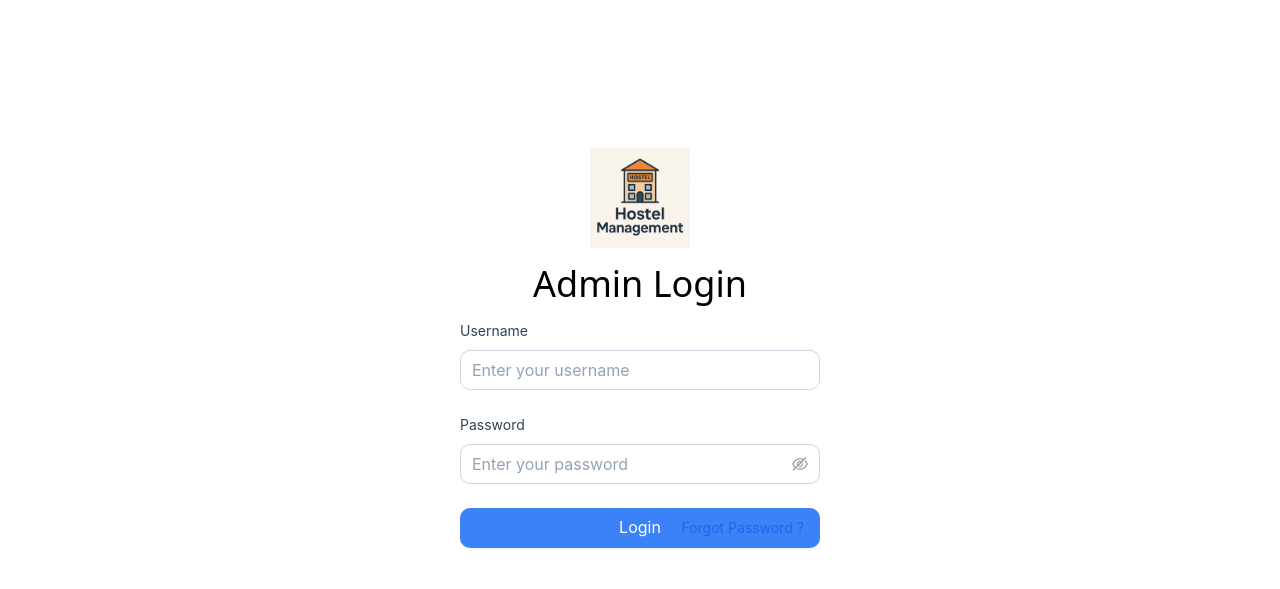
Repository: sujal984/Hostel-Management-System
Page: /Admin/accepted-applications (app in frontend/)
An editor plug-in stored every save of this project. The page is shown before and after a run of saves, followed by the edit.
The browser window is 1280 px wide. The pictures show the whole page.
The project was rebuilt for these pictures with package versions that can differ from the ones it lists, and the page was loaded fresh each time. Also part of the build but not shown: frontend/vite.config.js, frontend/src/components/Acceptedapplication.jsx, frontend/src/components/AdminDashboard.jsx, frontend/src/components/StepForms.jsx, frontend/src/components/ApplicationForm.jsx, frontend/src/components/TrackStatus.jsx, frontend/src/components/Temporary.jsx, frontend/src/components/ApplicationDetail.jsx and 2 more.

Above is the page before, as saved 2025-08-02 17:24:39.

### frontend/index.html
<!DOCTYPE html>
<html lang="en">
  <head>
    <meta charset="UTF-8" />
    <link
      rel="icon"
      type="image/svg+xml"
      href="/ChatGPT Image May 22, 2025, 12_02_14 PM.png"
    />
    <meta name="viewport" content="width=device-width, initial-scale=1.0" />
    <title>Hostel Management</title>
  </head>
  <body>
    <div id="root"></div>
    <script type="module" src="/src/main.jsx"></script>
  </body>
</html>

### frontend/src/main.jsx
import { createRoot } from "react-dom/client";
import { FormProvider } from "./components/FormContext.jsx";
import theme from "./theme.json";
import { ConfigProvider } from "antd";
import "./index.css";
import App from "./App.jsx";
import { BrowserRouter } from "react-router-dom";
import "@ant-design/v5-patch-for-react-19";
createRoot(document.getElementById("root")).render(
  <BrowserRouter>
    <ConfigProvider theme={theme}>
      <FormProvider>
        <App />
      </FormProvider>
    </ConfigProvider>
  </BrowserRouter>
);

### frontend/src/components/FormContext.jsx
// src/context/FormContext.jsx
import { createContext, useContext, useState } from "react";

const FormContext = createContext();

export const useFormContext = () => useContext(FormContext);

export const FormProvider = ({ children }) => {
  const [formData, setFormData] = useState({});
  const resetForm = () => setFormData({});

  return (
    <FormContext.Provider value={{ formData, setFormData, resetForm }}>
      {children}
    </FormContext.Provider>
  );
};

### frontend/src/theme.json
{
  "token": {
    "colorPrimary": "#3b82f6",
    "colorInfo": "#2563eb",
    "colorSuccess": "#22c55e",
    "colorWarning": "#facc15",
    "colorError": "#ef4444",

    "colorTextBase": "#1e293b",
    "colorBgBase": "#f8fafc",
    "colorBgContainer": "#ffffff",

    "fontFamily": "Inter, -apple-system, BlinkMacSystemFont, Segoe UI, Roboto, Helvetica Neue, Arial, sans-serif",
    "fontSize": 14,

    "borderRadius": 8,
    "colorBorder": "#e2e8f0",
    "colorTextPlaceholder": "#94a3b8"
  },

  "components": {
    "Button": {
      "controlHeight": 40,
      "colorPrimaryHover": "#2563eb",
      "colorPrimaryActive": "#1d4ed8"
    },
    "Table": {
      "colorBgContainer": "#ffffff",
      "colorBorderSecondary": "#e5e7eb",
      "headerBg": "#f1f5f9",
      "headerColor": "#0f172a"
    },
    "Form": {
      "labelColor": "#334155",
      "colorText": "#1e293b"
    },
    "Input": {
      "controlHeight": 50,
      "paddingInline": 16,
      "paddingBlock": 10,
      "borderRadius": 10,
      "colorBgContainer": "#ffffff",
      "colorBorder": "#cbd5e1",
      "colorText": "#0f172a"
    },
    "Steps": {
      "colorPrimary": "#3b82f6",
      "colorSplit": "#e2e8f0"
    },
    "Result": {
      "titleFontSize": 24,
      "subtitleFontSize": 16,
      "colorText": "#334155"
    },
    "Link": {
      "colorText": "#2563eb",
      "colorTextHover": "#1d4ed8",
      "colorTextActive": "#1e40af"
    },
    "Card": {
      "colorBgContainer": "#ffffff",
      "boxShadow": "0 4px 12px rgba(0, 0, 0, 0.05)",
      "borderRadius": 12,
      "padding": 24,
      "headerFontSize": 18,
      "colorTextHeading": "#0f172a"
    }
  }
}

### frontend/src/index.css
* {
  margin: 0;
  padding: 0;
}
@import "tailwindcss";

### frontend/src/App.jsx
import ProtectedRoute from "./components/ProtectedRoute";

import { WithHelmet } from "./helper/WithHelmet";
import { Routes, Route, Navigate } from "react-router-dom";
import { ROUTES } from "./constant/ROUTE";
import Page404 from "./components/Page404";
// import "./App.css";

function App() {
  const isAdminLoggedIn = localStorage.getItem("admin_logged_in") === "true";

  return (
    <Routes>
      {Object.values(ROUTES).map((route) => {
        const withHelmetComponent = WithHelmet(route.component, route.title);
        const Component = withHelmetComponent;

        // console.log(route.title);

        if (route.path === "/Admin/login") {
          // If logged in and on /Admin/login, redirect manually to dashboard
          if (isAdminLoggedIn) {
            return (
              <Route
                key={route.path}
                path={route.path}
                element={<Navigate to="/Admin/dashboard" replace />}
              />
            );
          } else {
            return (
              <Route
                key={route.path}
                path={route.path}
                element={<Component title={route.title} />}
              />
            );
          }
        }

        if (
          route.path === "/Admin/dashboard" ||
          (route.path.startsWith("/Admin/") && route.path !== "/Admin/login")
        ) {
          return (
            <Route
              key={route.path}
              path={route.path}
              element={
                <ProtectedRoute>
                  <Component title={route.title} />
                </ProtectedRoute>
              }
            />
          );
        }

        return (
          <Route
            key={route.path}
            path={route.path}
            element={<Component title={route.title} />}
          />
        );
      })}

      <Route path="*" element={<Page404 />} />
    </Routes>
  );
}

export default App;

### frontend/src/components/ProtectedRoute.jsx
import { Navigate } from "react-router-dom";

function ProtectedRoute({ children }) {
  const isAdminLoggedIn = localStorage.getItem("admin_logged_in") === "true";

  return isAdminLoggedIn ? children : <Navigate to="/Admin/login" replace />;
}

export default ProtectedRoute;

### frontend/src/helper/WithHelmet.jsx
import { Helmet } from "react-helmet";

// Higher-Order Component with Helmet
export function WithHelmet(Component, title) {
  return function WrappedComponent(props) {
    return (
      <>
        <Helmet>
          <title>{title}</title>
        </Helmet>
        <Component {...props} />
      </>
    );
  };
}

### frontend/src/constant/ROUTE.js
import AcceptedApplication from "../components/Acceptedapplication";
import AdminDashboard from "../components/AdminDashboard";
import AdminLogin from "../components/AdminLogin";
import ApplicationForm from "../components/ApplicationForm";
import TrackStatus from "../components/TrackStatus";
import Temporary from "../components/Temporary";
import ApplicationDetail from "../components/ApplicationDetail";
import ForgotPassword from "../components/ForgotPassword";

export const ROUTES = {
  ApplicationForm: {
    path: "/",
    component: ApplicationForm,
    title: "Application Form",
    heading: "Application Form",
  },
  AdminLogin: {
    path: "/Admin/login",
    component: AdminLogin,
    title: "Admin Login",
    heading: "Admin Login",
    description: "Its a  admin login page",
  },
  ForgotPassword: {
    path: "/Admin/forgot",
    component: ForgotPassword,
    title: "Forgot Password",
  },
  Tracking: {
    path: "/User/Application/status",
    component: TrackStatus,
    title: "Application Tracking",
    heading: "Application Tracking",
  },

  Admin_Dashborad: {
    path: "/Admin/dashboard",
    component: AdminDashboard,
    title: "Admin Dashboard",
    heading: "Admin Dashboard",
  },
  Accepted_Applications: {
    path: "/Admin/accepted-applications",
    component: AcceptedApplication,
    title: "Accepted Applications",
    heading: "Accepted Applications",
  },
  Application_Detail: {
    path: `/Admin/Application/detail/:id`,
    component: ApplicationDetail,
    title: "Application Detail",
    heading: "Application Detail",
  },
  Temporary: {
    path: "/temporary",
    component: Temporary,
    title: "Temporary",
    heading: "Temporary",
  },
};

### frontend/src/components/AdminLogin.jsx
import { Button, Form, Card, Typography, message } from "antd";
import FormItem from "antd/es/form/FormItem";
import Input from "antd/es/input/Input";
import { useState, useEffect } from "react";
import { Result } from "antd";

import { Endpoint } from "../constant/Endpoint";
import axios from "axios";
import { useNavigate } from "react-router-dom";
import { ROUTES } from "../constant/ROUTE";

function AdminLogin() {
  const [showResult, setShowResult] = useState(false);
  const [form] = Form.useForm();
  const navigate = useNavigate();
  useEffect(() => {
    if (localStorage.getItem("admin_logged_in") === "true") {
      navigate("/Admin/dashboard");
    }
  }, [navigate]);
  const handleLogin = async (values) => {
    console.log("run");
    try {
      const response = await axios.post(
        `${import.meta.env.VITE_API_URL}${Endpoint.adminlogin}`,
        {
          User_Name: values.User_Name,
          Password: values.Password,
        }
      );
      if (response.data && response.data.message === "Login successful") {
        message.success("Login successful");
        localStorage.setItem("admin_logged_in", "true");
        navigate("/Admin/dashboard");
      } else {
        setShowResult(true);

        localStorage.removeItem("admin_logged_in");
      }
    } catch (error) {
      setShowResult(true);
      console.log(error);
      localStorage.removeItem("admin_logged_in");
    }
  };
  const handleTryAgain = () => {
    setShowResult(false);
    form.resetFields();
  };
  return (
    <>
      <div className="h-screen flex justify-center items-center ">
        <div className=" md:min-w-[400px] !p-5">
          {showResult ? (
            <Result
              status="error"
              title="Login Failed"
              subTitle="Invalid username or password."
              extra={[
                <Button type="primary" key="tryagain" onClick={handleTryAgain}>
                  Try Again
                </Button>,
              ]}
            />
          ) : (
            <>
              <div className="flex justify-center">
                <img
                  src="/ChatGPT Image May 22, 2025, 12_02_14 PM.png"
                  className="w-[100px] h-[100px]"
                />
              </div>
              <h1 className="text-4xl text-center font-medium !m-4">
                Admin Login
              </h1>
              <Form
                layout="vertical"
                onFinish={handleLogin}
                requiredMark={false}
                form={form}
              >
                <FormItem
                  label="Username"
                  name="User_Name"
                  rules={[
                    { required: true, message: "Please Enter Your Username" },
                  ]}
                >
                  <Input placeholder="Enter your username" size="large" />
                </FormItem>
                <FormItem
                  label="Password"
                  name="Password"
                  rules={[
                    { required: true, message: "Please Enter Your Password" },
                  ]}
                >
                  <Input.Password
                    placeholder="Enter your password"
                    size="large"
                  />
                </FormItem>
                <FormItem className="!relative">
                  <Button
                    htmlType="submit"
                    type="primary"
                    size="large"
                    className="!w-full"
                  >
                    Login
                  </Button>
                  <Button
                    type="link"
                    href={ROUTES.ForgotPassword}
                    className="!absolute top-[-] right-0"
                  >
                    Forgot Password ?
                  </Button>
                </FormItem>
              </Form>
            </>
          )}
        </div>
      </div>
    </>
  );
}

export default AdminLogin;

### frontend/src/constant/Endpoint.js
export const Endpoint = {
  submitapplication: "/submit-application/",
  fetchapplications: "/fetch-applications/",
  deleteapplication: "/delete-application/",
  acceptedapplications: "/fetch-accepted-applications/",
  trackStatus: "/get-status/",
  roomallocation: "/allocate-room/",
  applicationupdatestatus: "/update-status/",
  availablerooms: "/available-rooms/",
  adminlogin: "/login/",
  applicationdetail: "/application",
};

After the next 3 saves:
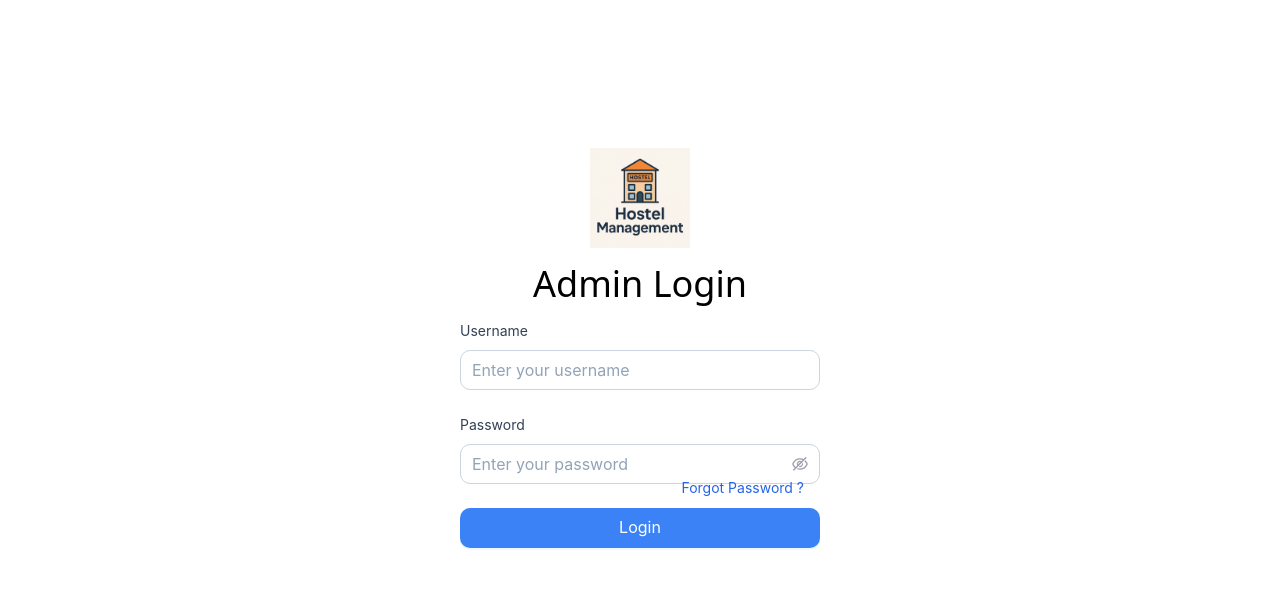
The 3 saves are shown as one change because they came seconds apart.
The last was saved 17 s later.
--- a/frontend/src/components/AdminLogin.jsx
+++ b/frontend/src/components/AdminLogin.jsx
@@ -112,7 +112,7 @@ function AdminLogin() {
                   <Button
                     type="link"
                     href={ROUTES.ForgotPassword}
-                    className="!absolute top-[-] right-0"
+                    className="!absolute bottom-10 right-0"
                   >
                     Forgot Password ?
                   </Button>
